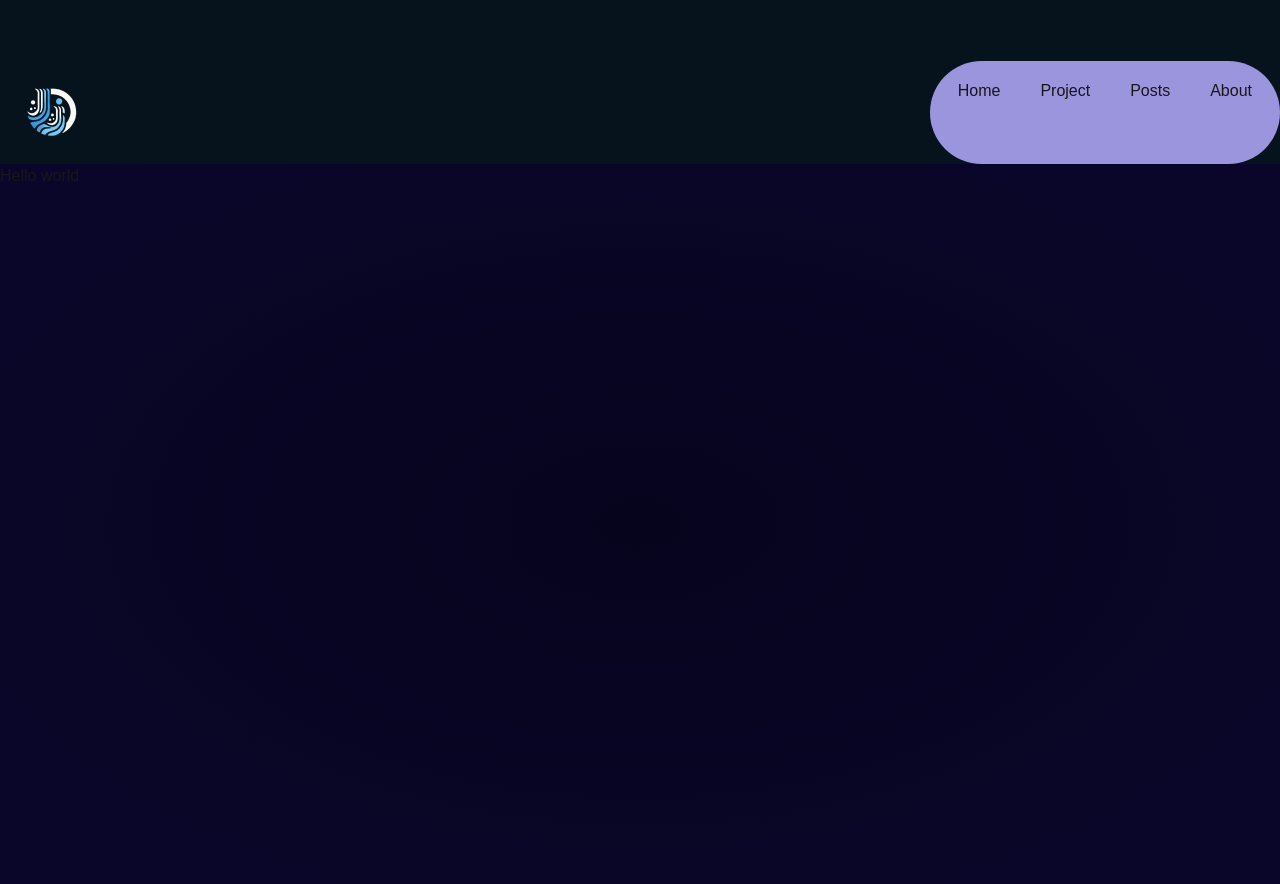
Repository: david-william19/david-william
Page: /
The author's editor kept a copy of each file at every save. The page is drawn from the files as they stood at one save, then again after the next save.
The browser window is 1280 px wide. The pictures show the whole page.
The project was rebuilt for these pictures with package versions that can differ from the ones it lists, and the page was loaded fresh each time. The framework's server and built-in components were replaced by stand-ins that run in the browser. Also part of the build but not shown: next.config.js, next.config.ts, vite.config.ts.

Above is the page before, as saved 2024-10-26 22:44:20.

After the next save:
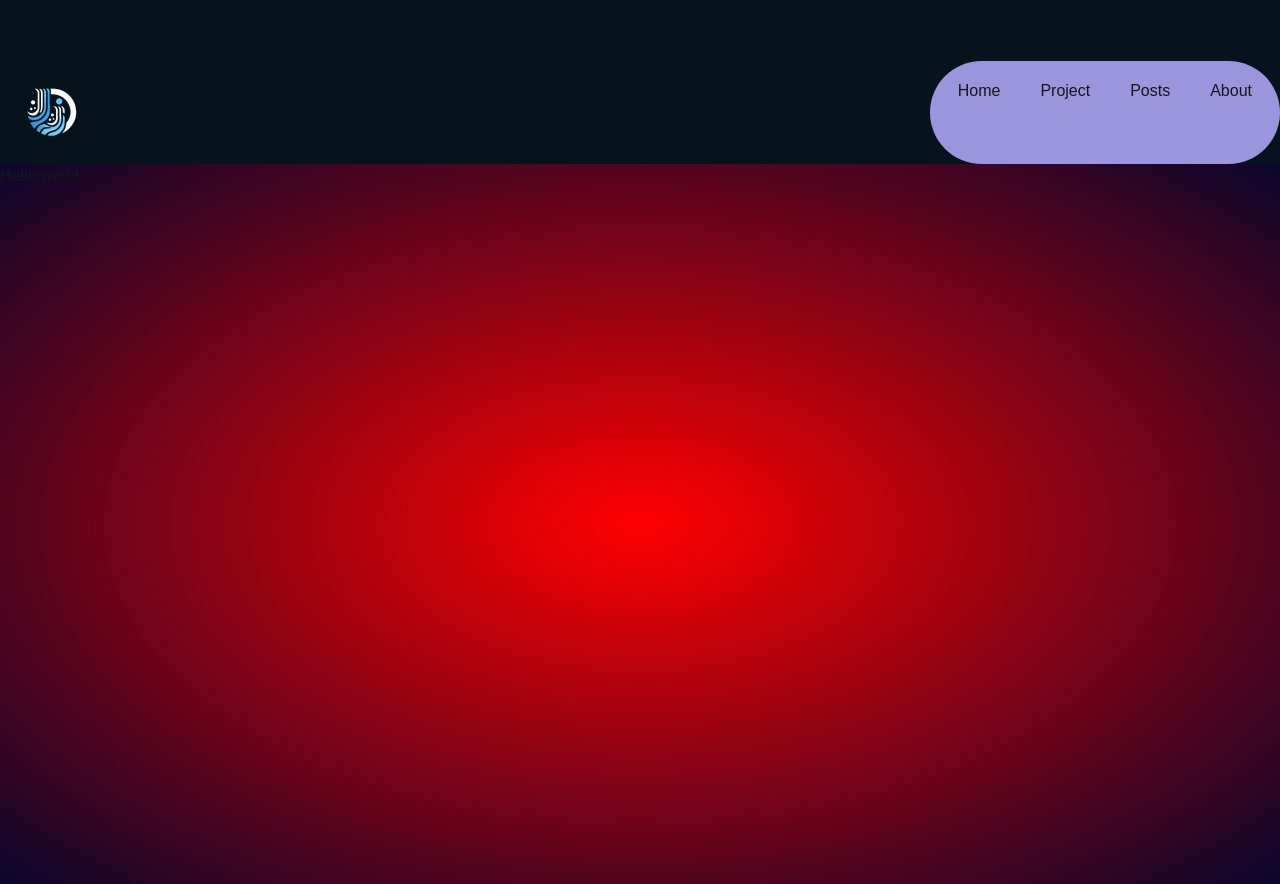
Saved 7 s later.
--- a/tailwind.config.ts
+++ b/tailwind.config.ts
@@ -13,7 +13,7 @@
         foreground: "var(--foreground)",
       },
       backgroundImage: {
-        "radial-space": "radial-gradient(#06041D 0%, #0A062B 100%)",
+        "radial-space": "radial-gradient(red 0%, #0A062B 100%)",
 
       },
     },

After the save that followed:
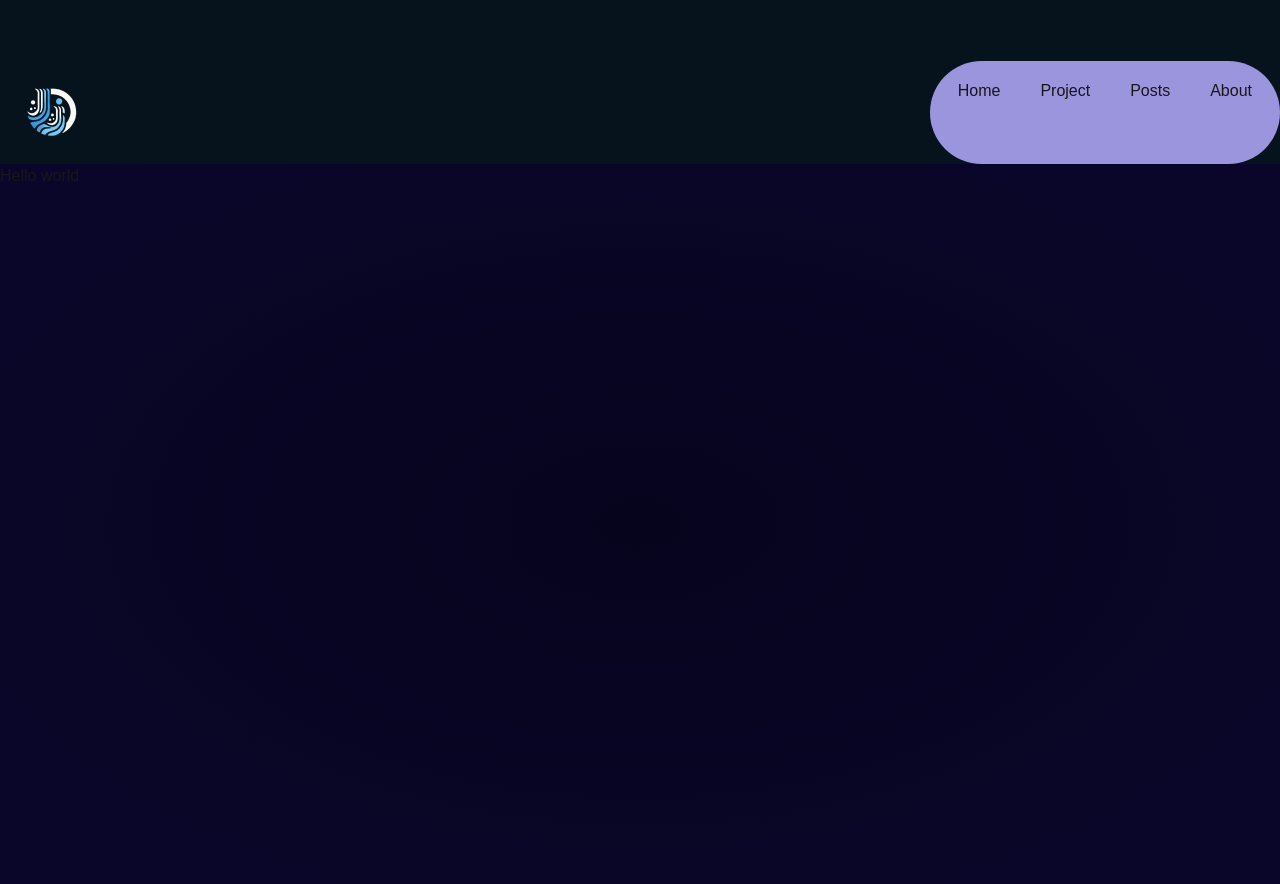
Saved 5 s later.
--- a/tailwind.config.ts
+++ b/tailwind.config.ts
@@ -13,7 +13,7 @@
         foreground: "var(--foreground)",
       },
       backgroundImage: {
-        "radial-space": "radial-gradient(red 0%, #0A062B 100%)",
+        "radial-space": "radial-gradient(#06041D 0%, #0A062B 100%)",
 
       },
     },
